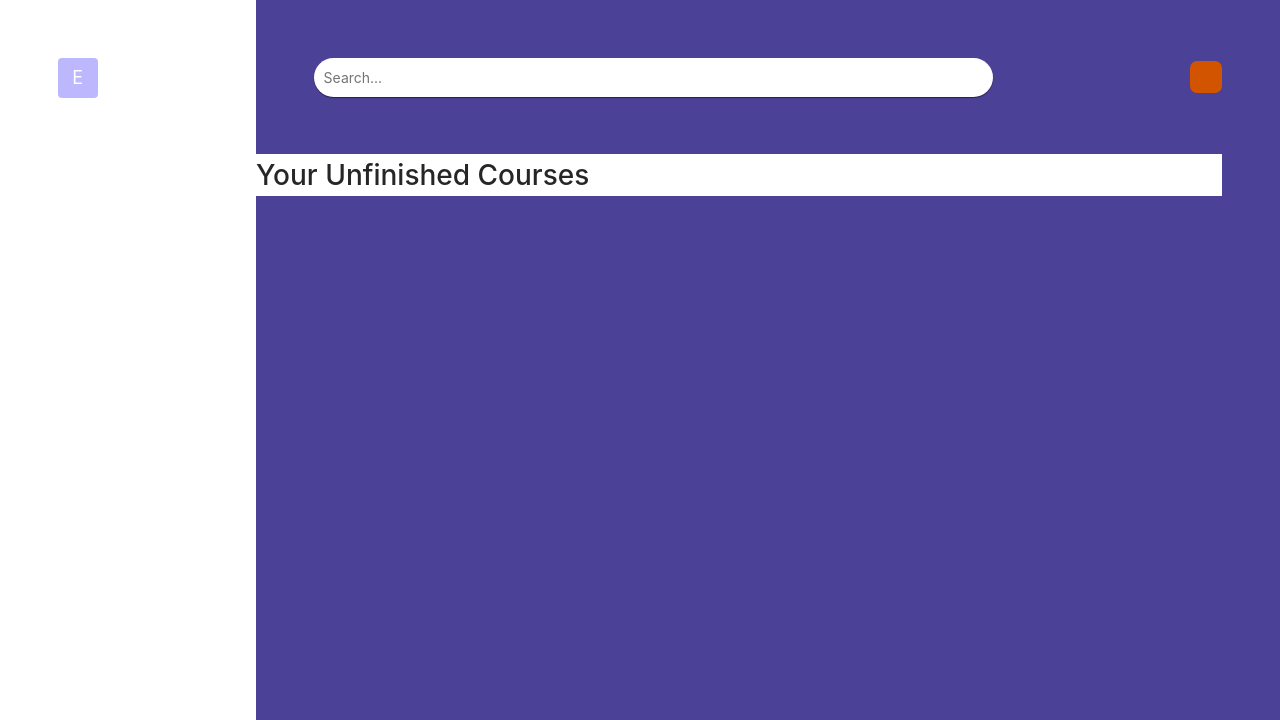
Repository: huynhnt1406/coursestorage
Page: / (app in coursestorage/)
The author's editor kept a copy of each file at every save. The page is drawn from the files as they stood at one save, then again after the next save.
The browser window is 1280 px wide. The pictures show the whole page.
The project was rebuilt for these pictures with package versions that can differ from the ones it lists, and the page was loaded fresh each time.

Above is the page before, as saved 2021-05-01 17:09:39.

After the next save:
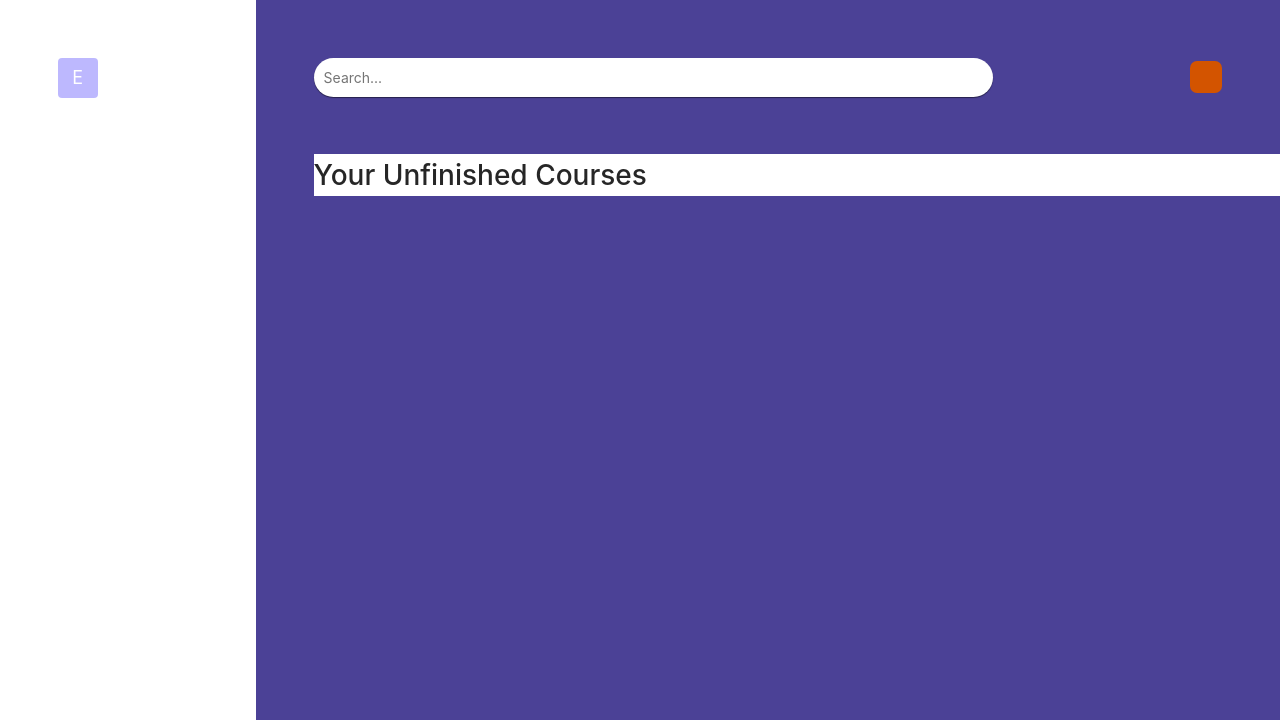
Saved 8 s later.
--- a/coursestorage/src/components/VideoList.vue
+++ b/coursestorage/src/components/VideoList.vue
@@ -13,6 +13,6 @@
 <style>
 .videolist{
     background-color: white;
-    margin-right:8vh;
+    margin-left:8vh;
 }
 </style>
